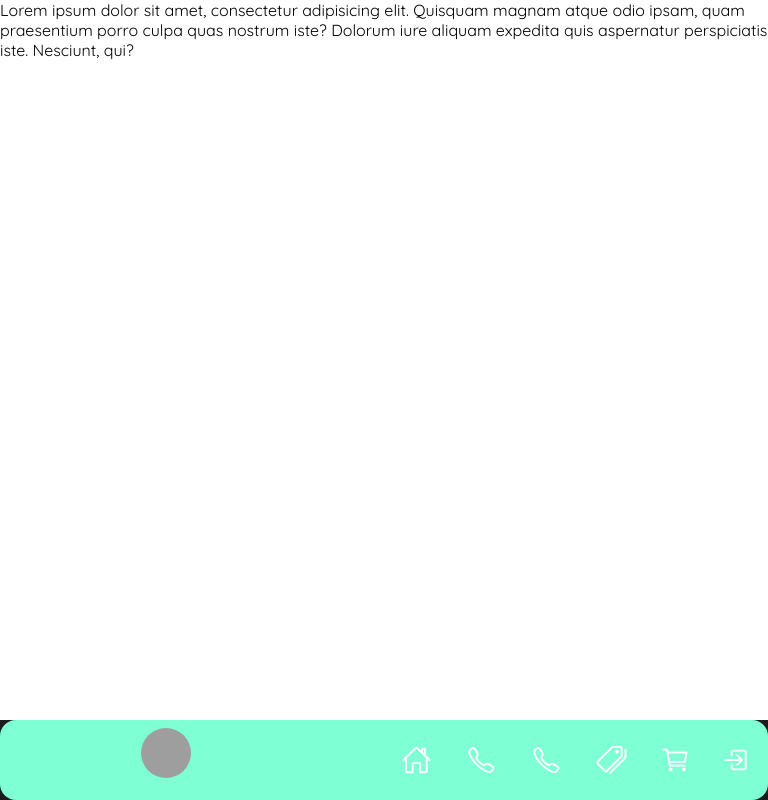
Repository: Fuocmanh/demo
Page: site/nav.html
An editor plug-in stored every save of this project. The page is shown before and after the next save, followed by the edit.
The browser window is 768 px wide. The pictures show the whole page.
Pictures or frames that could not be fetched are drawn as grey boxes.

Above is the page before, as saved 2022-12-30 13:23:31.

After the next save:
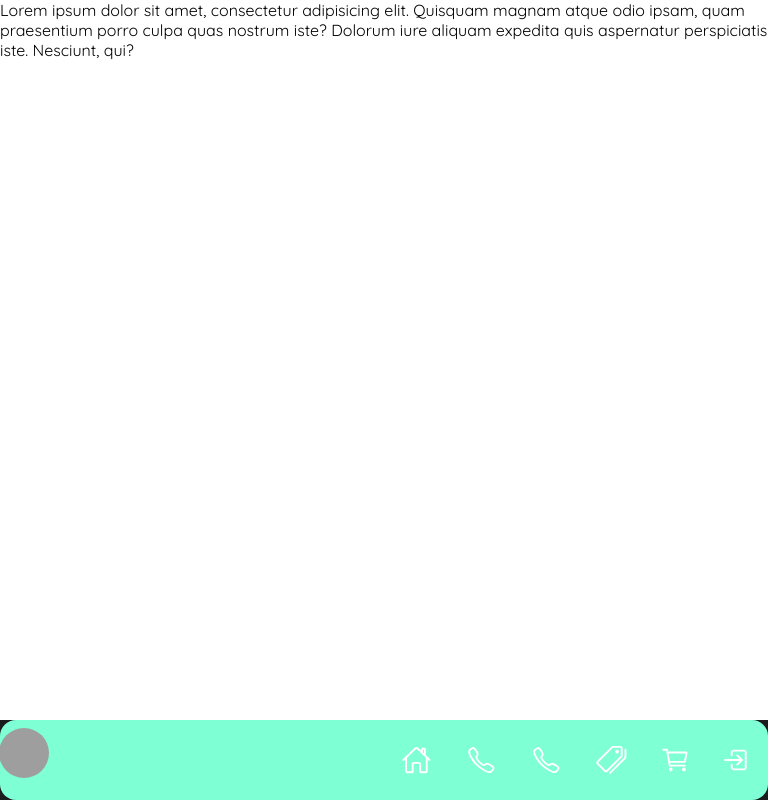
Saved 5 s later.
--- a/css/style.css
+++ b/css/style.css
@@ -142,6 +142,6 @@ li {
         margin: 0;
     }
     .logo-image {
-        margin: ;
+        margin: 0 10px;
     }
 }
